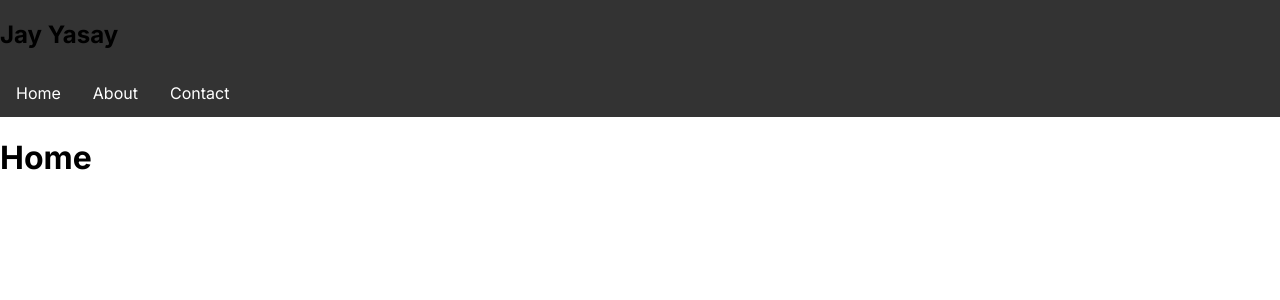
Repository: jayyasay/portfolio
Page: /
An editor plug-in stored every save of this project. The page is shown before and after the next save, followed by the edit.
The browser window is 1280 px wide. The pictures show the whole page.
Some web fonts or font styles are not loaded; a fallback is used. The project was rebuilt for these pictures with package versions that can differ from the ones it lists, and the page was loaded fresh each time. Also part of the build but not shown: src/App.css.

Above is the page before, as saved 2023-09-19 15:39:03.

### src/index.css
@import url('https://fonts.googleapis.com/css2?family=Inter:wght@100;200;300;400;500;600;700;800;900&display=swap');

body {
  margin: 0;
  font-family: 'Inter';
  -webkit-font-smoothing: antialiased;
  -moz-osx-font-smoothing: grayscale;
}

code {
  font-family: source-code-pro, Menlo, Monaco, Consolas, 'Courier New',
    monospace;
}

### src/App.js
import './App.css';
import Navigation from './components/Navigation';
import { BrowserRouter as Router, Routes, Route } from 'react-router-dom';
import Home from './pages/Home';
import About from './pages/About';

function App() {
  return (
    <>
      <Router>
        <Navigation />
        <Routes>
          <Route path="/" element={<Home />} />
          <Route path="/about" element={<About />} />
          {/* You can add a route for Contact here when you're ready */}
        </Routes>
      </Router>
    </>
  );
}

export default App;

### src/components/Navigation.js
import React, { useState } from 'react';
import styled from 'styled-components';
import { Link } from 'react-router-dom';

const Nav = styled.nav`
  background-color: #333;
  overflow: hidden;
  display: flex;
  flex-direction: column;
`;

const StyledLink = styled(Link)`
  float: left;
  display: block;
  color: white;
  text-align: center;
  padding: 14px 16px;
  text-decoration: none;
  &:hover {
    background-color: #ddd;
    color: black;
  }
`;

const BurgerIcon = styled.span`
  display: none;
  @media screen and (max-width: 600px) {
    display: block;
    position: absolute;
    right: 20px;
    top: 10px;
    cursor: pointer;
  }
`;

const NavItems = styled.div`
  @media screen and (max-width: 600px) {
    overflow: hidden;
    display: block; // You can always keep it as block since we control visibility with max-height
    width: 100%;
    max-height: ${(props) => (props.open ? "500px" : "0")}; // 500px is an example. Adjust it based on your content.
    transition: max-height 0.3s ease-in-out;
    text-align: center;
  }
`;


const Navigation = () => {
  const [isOpen, setIsOpen] = useState(false);

  return (
    <Nav>
        <h1>Jay Yasay</h1>
        <BurgerIcon onClick={() => setIsOpen(!isOpen)}>☰</BurgerIcon>
        <NavItems open={isOpen}>
            <StyledLink to="/">Home</StyledLink>
            <StyledLink to="/about">About</StyledLink>
            <StyledLink to="#">Contact</StyledLink>
        </NavItems>
    </Nav>
  );
};

export default Navigation;

### src/pages/Home.js
const Home = () => {
    return (
        <h1>Home</h1>
    )
};

export default Home;

Loaded but not shown: public/index.html (common file); src/index.js (common file); src/reportWebVitals.js (common file); src/pages/About.js (no stored copy; drawn as an empty file)

After the next save:
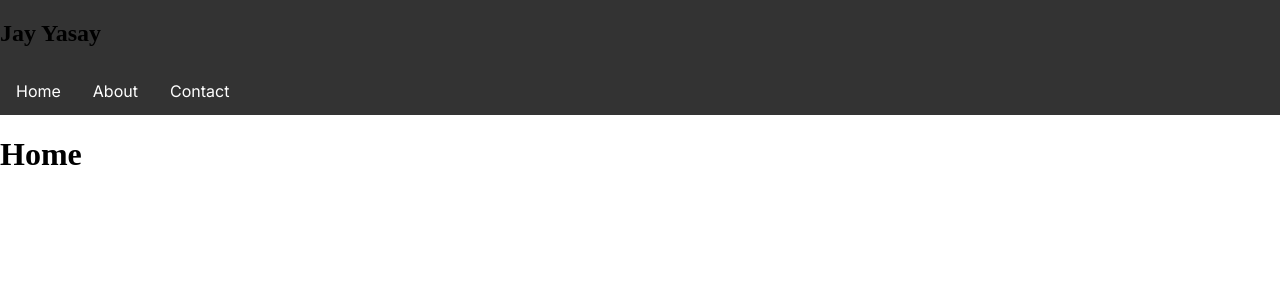
Saved 78 s later.
--- a/src/index.css
+++ b/src/index.css
@@ -1,4 +1,4 @@
-@import url('https://fonts.googleapis.com/css2?family=Inter:wght@100;200;300;400;500;600;700;800;900&display=swap');
+@import url('https://fonts.googleapis.com/css2?family=Inter:wght@100;200;300;400;500;600;700;800;900&family=Skranji:wght@400;700&display=swap');
 
 body {
   margin: 0;
@@ -7,6 +7,10 @@
   -moz-osx-font-smoothing: grayscale;
 }
 
+h1 {
+  font-family: 'Skranji', cursive;
+}
+
 code {
   font-family: source-code-pro, Menlo, Monaco, Consolas, 'Courier New',
     monospace;
